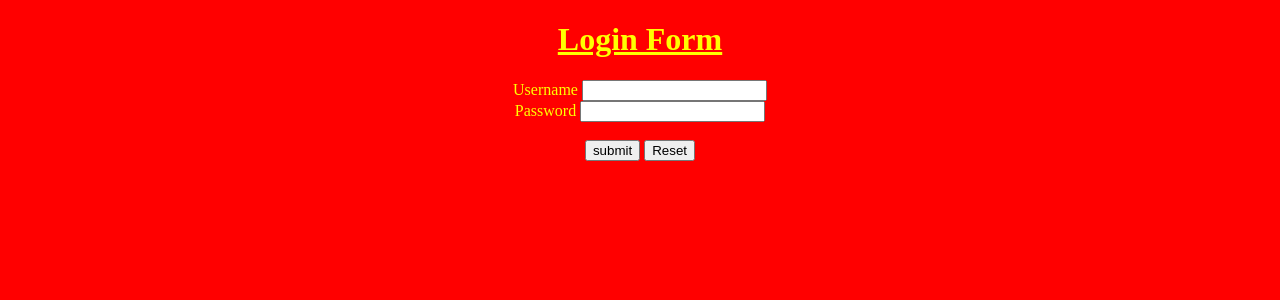
Repository: venugopalakrishnamylavarapu/Naresh-It-Full-Stack-java-Developer
Page: Advanced Java/Coding/JSP/src/main/webapp/login.html
The author's editor kept a copy of each file at every save. The page is drawn from the files as they stood at one save, then again after the next save.
The browser window is 1280 px wide. The pictures show the whole page.

Above is the page before, as saved 2023-03-14 14:20:13.

### Advanced Java/Coding/JSP/src/main/webapp/login.html
<!DOCTYPE html>
<html>
<head>
<meta charset="ISO-8859-1">
<title>Insert title here</title>
</head>
<body bgcolor="red" text="Yellow">
<center>
<h1><u>Login Form</u></h1>
<form action=Dblogin.jsp method="POST">
Username <input type="text" name="uname"><br>
Password <input type="password" name="pword"><br><br>
<input type="submit" value="submit">&nbsp;<input type="reset">
</form>
</center>
</body>
</html>

After the next save:
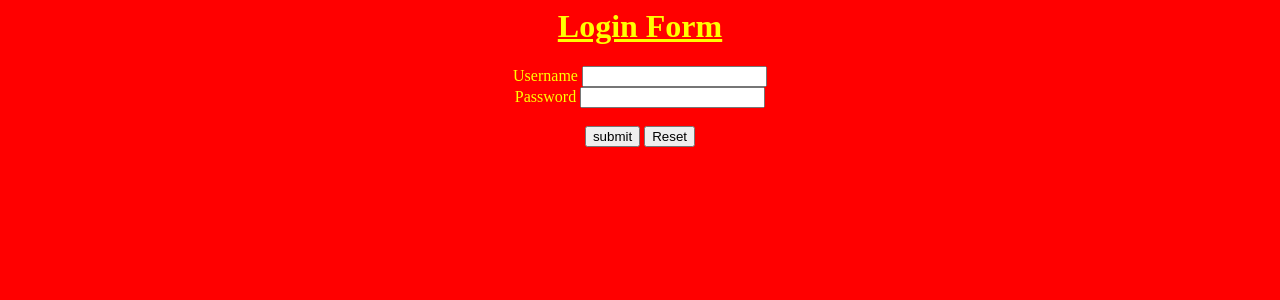
Saved 11 s later.
--- a/Advanced Java/Coding/JSP/src/main/webapp/login.html
+++ b/Advanced Java/Coding/JSP/src/main/webapp/login.html
@@ -1,4 +1,3 @@
-<!DOCTYPE html>
 <html>
 <head>
 <meta charset="ISO-8859-1">
